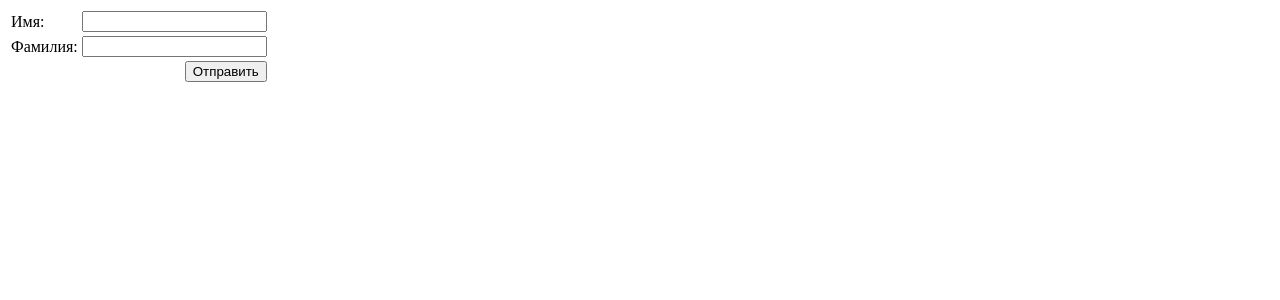
Repository: dflbv879/springefamiliarization
Page: WebApp/WebContent/NewFile.html
The author's editor kept a copy of each file at every save. The page is drawn from the files as they stood at one save, then again after the next save.
The browser window is 1280 px wide. The pictures show the whole page.

Above is the page before, as saved 2019-05-13 00:24:21.

### WebApp/WebContent/NewFile.html
<!DOCTYPE html>
<html>
<head>
<meta charset="UTF-8">
<title>Insert title here</title>
</head>
<body>
  <form method = "get" action="MyServlet">
    <table>
      <tr>
         <td>Имя:</td>
         <td><input type ="text" name="firstName"></td>
      </tr>
      <tr>
         <td>Фамилия:</td>
         <td><input type ="text" name="secondName"></td>
      </tr>
      <tr>
        <td align = "right" colspan="2"><input type="submit" value="Отправить"></td>
      </tr>
    </table>

  </form>
</body>
</html>

After the next save:
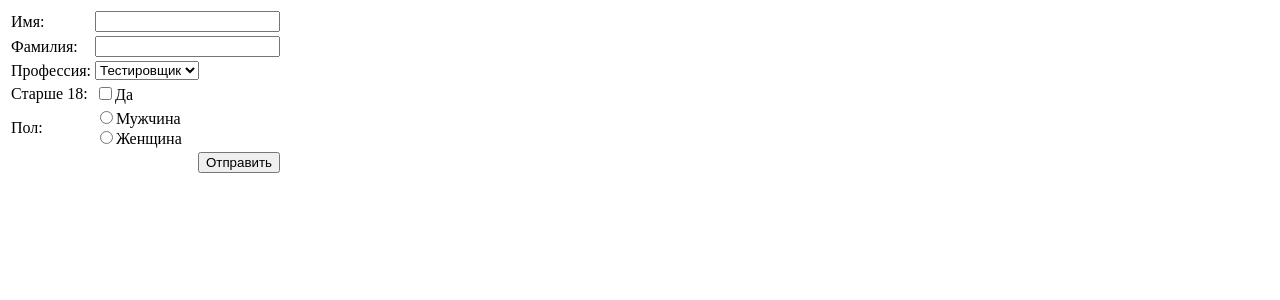
Saved 18 min 0 s later.
--- a/WebApp/WebContent/NewFile.html
+++ b/WebApp/WebContent/NewFile.html
@@ -16,6 +16,32 @@
          <td><input type ="text" name="secondName"></td>
       </tr>
       <tr>
+         <td>Профессия:</td>
+         <td>
+            <select>
+               <option value ="Developer">Разработчик</option>
+               <option selected value ="Tester">Тестировщик</option>
+               <option value ="Developer">Аналитик</option>
+            </select>
+         </td>
+      </tr>
+
+       <tr>
+         <td>Старше 18:</td>
+         <td>
+            <input type ="checkbox" name="age18" value="ДА">Да</input><br>
+
+         </td>
+      </tr>
+
+       <tr>
+         <td>Пол:</td>
+         <td>
+            <input type ="radio" name="gender" value="M">Мужчина</input><br>
+            <input type ="radio" name="gender" value="Ж">Женщина</input><br>
+         </td>
+      </tr>
+      <tr>
         <td align = "right" colspan="2"><input type="submit" value="Отправить"></td>
       </tr>
     </table>
